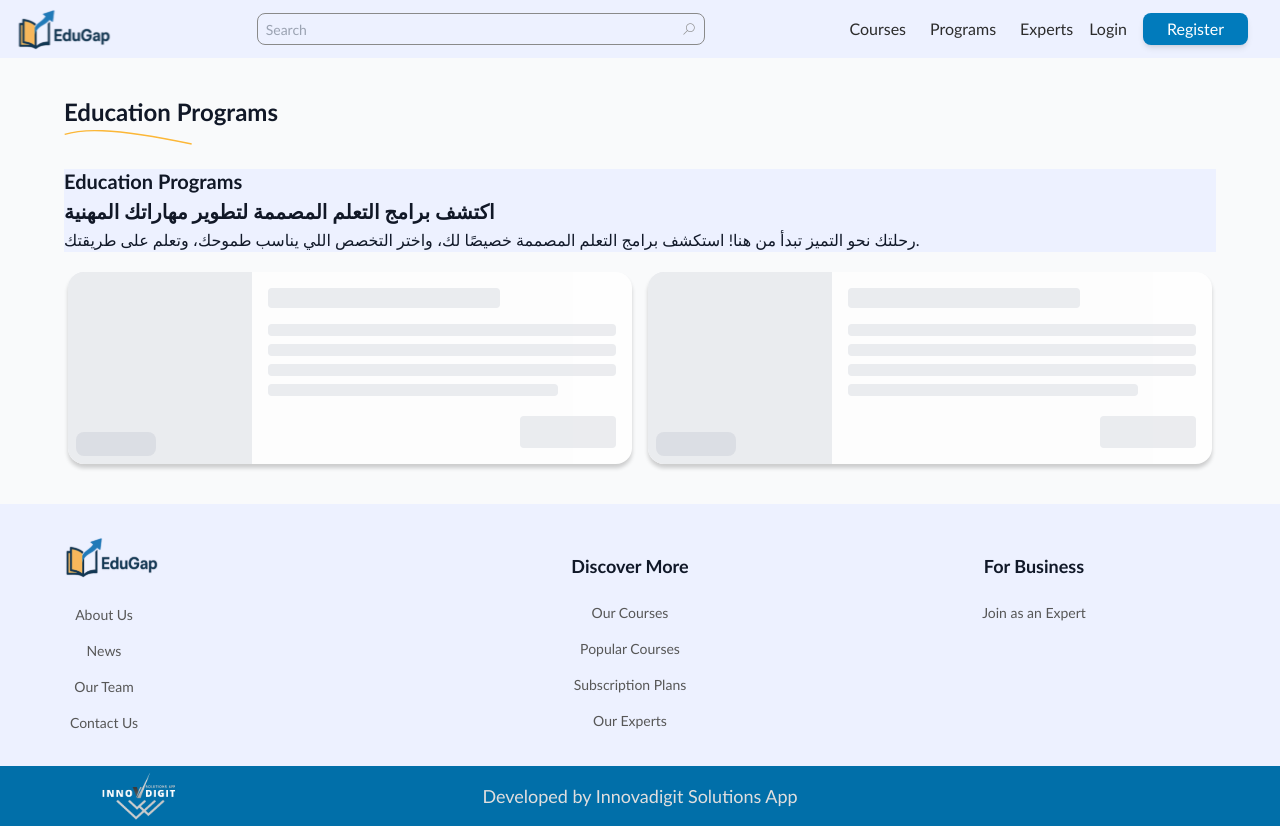
Repository: Yehyv/EduGap-Project
Page: /programs-list
The author's editor kept a copy of each file at every save. The page is drawn from the files as they stood at one save, then again after the next save.
The browser window is 1280 px wide. The pictures show the whole page.
The page's requests for data from a server got no answer. The project was rebuilt for these pictures with package versions that can differ from the ones it lists, and the page was loaded fresh each time. Some packages were replaced by stand-ins written for this rebuild. No one was signed in, and anything a server would have sent is missing. Also part of the build but not shown: vite.config.ts, src/features/auth/services/authApi.ts, src/shared/utils/AppSwal.tsx, src/shared/utils/ShowMessagesAlert.tsx, src/features/auth/hooks/useLogin.ts, src/features/auth/components/LoginForm.tsx, src/features/auth/index.ts, src/shared/hooks/useClickOutside.ts and 74 more.

Above is the page before, as saved 2025-09-30 14:58:57.

### index.html
<!doctype html>
<html lang="en">

<head>
  <meta charset="UTF-8" />
  <meta name="viewport" content="width=device-width, initial-scale=1.0" />
  <link rel="icon" type="image/svg+xml" href="/favicon.svg" />
  <link rel="icon" type="image/png" href="/favicon-96x96.png" sizes="96x96" />
  <link rel="icon" type="image/svg+xml" href="/favicon.svg" />
  <link rel="shortcut icon" href="/favicon.ico" />
  <link rel="apple-touch-icon" sizes="180x180" href="/apple-touch-icon.png" />
  <link rel="manifest" href="/site.webmanifest" />
  <title>EduGap</title>
</head>

<body>
  <div id="root"></div>
  <script type="module" src="/src/main.tsx"></script>
</body>

</html>

### src/main.tsx
import { createRoot } from "react-dom/client";
import { BrowserRouter } from "react-router-dom";
import "./index.css";
import AppRoutes from "./routes/AppRoutes.tsx";
import "slick-carousel/slick/slick.css";
import "slick-carousel/slick/slick-theme.css";
import { AuthProvider } from "./features/auth/context/AuthContext.tsx";
import { QueryClient, QueryClientProvider } from "@tanstack/react-query";
import { ReactQueryDevtools } from "@tanstack/react-query-devtools";
import { LanguageProvider } from "./shared/localization/LanguageProvider.tsx";
import HtmlDirection from "./shared/utils/HtmlDirections.tsx";

const queryClient = new QueryClient();

createRoot(document.getElementById("root")!).render(
  <QueryClientProvider client={queryClient}>
    <BrowserRouter>
      <LanguageProvider>
        <HtmlDirection>
          <AuthProvider>
            <AppRoutes />
            {import.meta.env.DEV && (
              <ReactQueryDevtools initialIsOpen={false} />
            )}
          </AuthProvider>
        </HtmlDirection>
      </LanguageProvider>
    </BrowserRouter>
  </QueryClientProvider>
);

### src/features/auth/context/AuthContext.tsx
import { createContext, useContext, useState } from "react";
import type { AuthContextType } from "../auth.types";

const AuthContext = createContext<AuthContextType | undefined>(undefined);

export const AuthProvider = ({ children }: { children: React.ReactNode }) => {
  const [token, setToken] = useState<string | null>(
    localStorage.getItem("token")
  );

  const login = (newToken: string) => {
    localStorage.setItem("token", newToken);
    setToken(newToken);
  };
  const saveRefreshToken = (refreshToken: string) => {
    localStorage.setItem("refresh-token", refreshToken);
  };

  const logout = () => {
    localStorage.removeItem("token");
    setToken(null);
  };

  return (
    <AuthContext.Provider value={{ token, login, logout, saveRefreshToken }}>
      {children}
    </AuthContext.Provider>
  );
};

export const useAuth = () => {
  const ctx = useContext(AuthContext);
  if (!ctx) {
    throw new Error("useAuth must be used inside AuthProvider");
  }
  return ctx;
};

### src/shared/localization/LanguageProvider.tsx
import { useState, useEffect } from "react";
import translations from "./translations";
import { LanguageContext } from "./LanguageContext";
import type { Language, TranslationKeys } from "./LanguageContext";

export const LanguageProvider = ({
  children,
}: {
  children: React.ReactNode;
}) => {
  const [lang, setLangState] = useState<Language>(() => {
    const saved = localStorage.getItem("lang") as Language | null;
    if (saved) return saved;
    if (navigator.language.startsWith("ar")) return "ar";
    return "en";
  });

  useEffect(() => {
    localStorage.setItem("lang", lang);
    document.body.dir = lang === "ar" ? "rtl" : "ltr";
    document.body.lang = lang;
  }, [lang]);

  const t = (key: TranslationKeys) => translations[lang][key];

  const setLang = (newLang: Language) => {
    setLangState(newLang);
  };

  return (
    <LanguageContext.Provider value={{ lang, setLang, t }}>
      {children}
    </LanguageContext.Provider>
  );
};

### src/shared/utils/HtmlDirections.tsx
import { useEffect } from "react";
import { useLanguage } from "../localization/useLanguage";

const HtmlDirection = ({ children }: { children: React.ReactNode }) => {
  const { lang } = useLanguage();

  useEffect(() => {
    document.body.dir = lang === "ar" ? "rtl" : "ltr";
    document.body.lang = lang;
  }, [lang]);

  return <>{children}</>;
};

export default HtmlDirection;

### src/assets/fonts/fonts.css
@font-face {
  font-family: "Rubik";
  src: url("./Rubik-Regular.woff2") format("woff2");
  font-weight: 400;
  font-style: normal;
}

@font-face {
  font-family: "Rubik";
  src: url("./Rubik-Medium.woff2") format("woff2");
  font-weight: 500;
  font-style: normal;
}

@font-face {
  font-family: "Rubik";
  src: url("./Rubik-Bold.woff2") format("woff2");
  font-weight: 700;
  font-style: normal;
}

### src/layouts/MainLayout/MainLayouts.tsx
import { Outlet } from "react-router-dom";
import { Header, InnovaFooter, Footer } from "@/shared/components";

const MainLayout = () => {
  return (
    <div className="min-h-screen flex flex-col bg-gray-50">
      <Header />
      {/* Main Content */}
      <main className="flex-1 grid grid-cols-1 gap-10 ">{<Outlet />}</main>
      <div>
        <Footer />
        <InnovaFooter />
      </div>
    </div>
  );
};

export default MainLayout;

### src/pages/ProgramsList.tsx
import SectionTitle from "@/shared/components/SectionTitle";
import type { ProgramsResponse } from "@/shared/types/sharedTypes";
import { useQuery } from "@tanstack/react-query";
import ErrorMessage from "@/shared/components/ErrorMessage";
import ScrollToTop from "@/shared/utils/ScrollToTop";
import CustomPagination from "@/shared/utils/CustomPagination";
import { useLanguage } from "@/shared/localization/useLanguage";
import { useSearchParams } from "react-router-dom";
import ProgramsSectionCardSkeleton from "@/shared/components/ui/ProgramsSectionCardSkeleton";
import ProgramsSectionCard from "@/shared/components/EduGap/ProgramsSectionCard";
import { RESULTS_PER_PAGE } from "@/shared/utils/globals";
import { getAllEducationsList } from "@/features/GuestHome/services/GuestHomeApi";

const GuestPopularCoursesPage = () => {
  const { t } = useLanguage();
  const [searchParams, setSearchParams] = useSearchParams();
  const page = Number(searchParams.get("page")) || 1;

  const { data, isLoading, error } = useQuery<ProgramsResponse>({
    queryKey: ["getGuestProgramsList", page],
    queryFn: () => getAllEducationsList(page.toString(), RESULTS_PER_PAGE),
  });

  const handlePageChange = (newPage: number) => {
    setSearchParams({ page: newPage.toString() });
  };

  if (error) return <ErrorMessage message={error?.message} />;

  return (
    <div className="mb-5 mt-10 container">
      <ScrollToTop />
      <SectionTitle textTitle={t("programs_title")} />
      <div className="bg-primary">
        <h4>{t("programs_title")}</h4>
        <h4>اكتشف برامج التعلم المصممة لتطوير مهاراتك المهنية</h4>
        <p>
          رحلتك نحو التميز تبدأ من هنا! استكشف برامج التعلم المصممة خصيصًا لك،
          واختر التخصص اللي يناسب طموحك، وتعلم على طريقتك.
        </p>
      </div>
      {isLoading ? (
        <div className="grid grid-cols-1 sm:grid-cols-2 gap-2">
          {Array.from({ length: 2 }).map((_, idx) => (
            <ProgramsSectionCardSkeleton key={idx} />
          ))}
        </div>
      ) : data?.formattedPrograms?.length === 0 ? (
        <div className="flex justify-center items-center py-10">
          <p className="text-gray-500 text-lg font-medium">
            {t("no_data_available") ?? "لا يوجد بيانات متاحة"}
          </p>
        </div>
      ) : (
        <>
          <div className="grid grid-cols-1 sm:grid-cols-2 gap-4">
            {data?.formattedPrograms?.map((d, index) => (
              <ProgramsSectionCard key={index} data={d} />
            ))}
          </div>
          <CustomPagination
            currentPage={data?.pagination.page ?? 1}
            onPageChange={handlePageChange}
            totalPages={data?.pagination.totalPages ?? 1}
          />
        </>
      )}
    </div>
  );
};

export default GuestPopularCoursesPage;

### src/shared/localization/LanguageContext.tsx
import { createContext } from "react";
import translations from "./translations";

export type Language = keyof typeof translations;
export type TranslationKeys = keyof (typeof translations)["en"];

export type LanguageContextType = {
  lang: Language;
  setLang: (lang: Language) => void;
  t: (key: TranslationKeys) => string;
};

export const LanguageContext = createContext<LanguageContextType | undefined>(
  undefined
);

### src/shared/localization/useLanguage.ts
import { useContext } from "react";
import { LanguageContext } from "./LanguageContext";

export const useLanguage = () => {
  const context = useContext(LanguageContext);
  if (!context) {
    throw new Error("useLanguage must be used within LanguageProvider");
  }
  return context;
};

### src/shared/components/index.ts
export { default as Header } from "./Header";
export { default as InnovaFooter } from "./InnovaFooter";
export { default as Footer } from "./Footer";
export { default as Loader } from "./Loader";
export { default as GradientButton } from "./ui/GradientButton";
export { default as LightButton } from "./ui/LightButton";
export { default as TextField } from "./forms/TextField";
export { default as NotFoundLottie } from "./NotFoundLottie";

### src/shared/components/SectionTitle.tsx
import TitleLine from "@/assets/svgs/TitileLine.svg?react";
const SectionTitle = ({
  textTitle,
  lineWidth = "w-32",
}: {
  textTitle: string;
  lineWidth?: string;
}) => {
  return (
    <div className="mb-5">
      <h2 className="mb-0"> {textTitle}</h2>
      <TitleLine className={lineWidth} />
    </div>
  );
};

export default SectionTitle;

### src/features/GuestHome/services/GuestHomeApi.ts
import api from "@/shared/services/axios";
import type {
  ApiResponse,
  CoursesResponse,
  CourseType,
  ExpertsResponse,
  ProgramsResponse,
  ProgramsType,
} from "@/shared/types/sharedTypes";

export async function getPopularCoursesForSlider(): Promise<CourseType[]> {
  const res = await api.get<ApiResponse<CourseType[]>>("/contents/first-8");
  return res.data.data;
}
export async function getSavedCoursesForSlider(): Promise<CourseType[]> {
  const res = await api.get<ApiResponse<CourseType[]>>(
    "/saved-contents/user/first-8"
  );
  return res.data.data;
}
export async function getAllPopularCourses(
  page: string,
  limit: number
): Promise<CoursesResponse> {
  const res = await api.get<ApiResponse<CoursesResponse>>("/contents", {
    params: { page, limit },
  });
  return res.data.data;
}

export async function getAllSavedContents(
  page: string,
  limit: number
): Promise<CoursesResponse> {
  const res = await api.get<ApiResponse<CoursesResponse>>(
    "/saved-contents/user",
    {
      params: { page, limit },
    }
  );
  return res.data.data;
}

export async function getEducationProgramsForSlider(): Promise<ProgramsType[]> {
  const res = await api.get<ApiResponse<ProgramsType[]>>("/programs/first-8");
  return res.data.data;
}

export async function getAllEducationsList(
  page: string,
  limit: number
): Promise<ProgramsResponse> {
  const res = await api.get<ApiResponse<ProgramsResponse>>("/programs", {
    params: { page, limit },
  });
  return res.data.data;
}

export async function getAllExpertsList(
  page: string,
  limit: number
): Promise<ExpertsResponse> {
  const res = await api.get<ApiResponse<ExpertsResponse>>("/educators", {
    params: {
      page,
      limit,
    },
  });
  return res.data.data;
}

### src/shared/utils/globals.ts
export const RESULTS_PER_PAGE = 3;

### src/shared/components/ui/ProgramsSectionCardSkeleton.tsx
const ProgramsSectionCardSkeleton = () => {
  return (
    <div className="bg-white flex rounded-2xl shadow-custom overflow-hidden my-5 mx-1 animate-pulse">
      {/* Left image skeleton */}
      <div className="w-1/2 relative bg-gray-200">
        <div className="w-full h-40 bg-gray-200"></div>
        <div className="absolute start-2 bottom-2 bg-gray-300 rounded-lg px-3 py-1 text-sm w-20 h-6"></div>
      </div>

      {/* Right content skeleton */}
      <div className="w-full p-4 flex flex-col">
        {/* Title */}
        <div className="h-5 bg-gray-200 rounded w-2/3 mb-4"></div>
        {/* Description lines */}
        <div className="space-y-2 flex-1">
          <div className="h-3 bg-gray-200 rounded"></div>
          <div className="h-3 bg-gray-200 rounded"></div>
          <div className="h-3 bg-gray-200 rounded"></div>
          <div className="h-3 bg-gray-200 rounded w-5/6"></div>
        </div>
        {/* Button skeleton */}
        <div className="h-8 bg-gray-200 rounded w-24 self-end mt-5"></div>
      </div>
    </div>
  );
};

export default ProgramsSectionCardSkeleton;

### src/shared/components/Header.tsx
import LogoSm from "@/assets/svgs/LogoSm.svg?react";
import NavListIcon from "@/assets/svgs/NavListIcon.svg?react";
import { Link } from "react-router";
import DefaultButton from "./ui/DefaultButton";
import { useState } from "react";
import UserNav from "./UserNav";
import { useLanguage } from "../localization/useLanguage";
import SearchBar from "./ui/SearchBar";

const Header = ({ isLoggedIn = false }: { isLoggedIn?: boolean }) => {
  const { t, lang } = useLanguage();
  const [menuOpen, setMenuOpen] = useState(false);

  return (
    <header
      className={`${
        isLoggedIn ? "bg-white" : "bg-primary"
      } py-2 z-50 sticky start-0 end-0 top-0`}
    >
      <div className="container mx-auto flex items-center justify-between gap-4 px-4">
        {/* Logo */}
        <Link to={"/userHome"}>
          <LogoSm className="w-24 cursor-pointer" />
        </Link>

        {/* Desktop Search */}
        <SearchBar
          placeholder={t("search_placeholder")}
          lang={lang}
          className="sm:max-w-md mx-auto max-md:hidden"
        />

        {/* Desktop Nav */}
        <nav className="hidden md:flex gap-6">
          <Link to="/">{t("nav_courses")}</Link>
          <Link to="/">{t("nav_programs")}</Link>
          <Link to="/">{t("nav_experts")}</Link>
        </nav>

        {/* Not Auth */}
        {!isLoggedIn && (
          <div className="hidden md:flex gap-4 items-center">
            <Link to="/login">{t("auth_login")}</Link>
            <DefaultButton
              text={t("auth_register")}
              type="reset"
              moreStyle="px-6 !py-1"
              onClick={() => {}}
            />
          </div>
        )}

        {/* User & Mobile Menu */}
        <div className="flex gap-4">
          {isLoggedIn && <UserNav />}
          <button
            className="md:hidden flex items-center cursor-pointer p-1"
            onClick={() => setMenuOpen(!menuOpen)}
          >
            <NavListIcon className="h-5 w-5" />
          </button>
        </div>
      </div>

      {/* Mobile Menu */}
      {menuOpen && (
        <div
          className="md:hidden bg-white shadow-md px-4 mt-2 pt-4 pb-6 space-y-4"
          dir={lang === "ar" ? "rtl" : "ltr"}
        >
          <nav className="flex flex-col gap-3">
            <Link to="/">{t("nav_courses")}</Link>
            <Link to="/">{t("nav_programs")}</Link>
            <Link to="/">{t("nav_experts")}</Link>
          </nav>
          {!isLoggedIn && <Link to="/login">{t("auth_login")}</Link>}
          <div className="flex justify-between mt-4 gap-2">
            {!isLoggedIn && (
              <DefaultButton
                text={t("auth_register")}
                type="reset"
                moreStyle="w-[150px] !py-1"
                onClick={() => {}}
              />
            )}
          </div>
        </div>
      )}

      {/* Mobile Search */}
      <div className="mx-4 md:hidden mt-3">
        <SearchBar
          placeholder={t("search_placeholder")}
          lang={lang}
          className="max-w-md mx-auto"
        />
      </div>
    </header>
  );
};

export default Header;

### src/shared/components/InnovaFooter.tsx
import InnovaLogo from "@/assets/svgs/InnovaLogo.svg?react";
import { useLanguage } from "../localization/useLanguage";
const InnovaFooter = () => {
  const { t } = useLanguage();
  return (
    <footer className="text-[#E0DEDE] text-lg bg-[#016FA9] max-md:text-sm  text-center center items-center relative min-h-[60px]">
      <InnovaLogo className="h-[50px] max-sm:h-[35px] absolute max-sm:static left-20 max-md:left-0" />
      <div className="max-sm:mx-2">
        {" "}
        {t("footer_by_company")} Innovadigit Solutions App{" "}
      </div>
    </footer>
  );
};

export default InnovaFooter;

### src/shared/components/ui/DefaultButton.tsx
type defaultButtonPropsTypes = {
  text: string | React.ReactNode;
  type: "submit" | "reset" | "button" | undefined;
  moreStyle?: string;
  onClick: () => void;
  disabled?: boolean;
};
const DefaultButton = ({
  text,
  type,
  moreStyle,
  onClick,
  disabled,
}: defaultButtonPropsTypes) => {
  return (
    <button
      disabled={disabled}
      onClick={onClick}
      type={type}
      className={`${moreStyle} bg-gradient-to-r cursor-pointer bg-secondary text-white  px-4 py-2 rounded-lg shadow-md hover:to-secondary-dark transition`}
    >
      {text}
    </button>
  );
};

export default DefaultButton;

### src/shared/services/axios.ts
import axios from "axios";

const api = axios.create({
  baseURL: import.meta.env.VITE_BASE_URL,
  headers: {
    "Content-Type": "application/json",
  },
});

// 🔹 Refresh token API call
const refreshAccessToken = async () => {
  try {
    const refreshToken = localStorage.getItem("refresh-token");
    if (!refreshToken) throw new Error("No refresh token found");

    const response = await axios.post(
      `${import.meta.env.VITE_BASE_URL}/auth/refresh`,
      {},
      {
        headers: {
          Authorization: `Bearer ${refreshToken}`,
        },
      }
    );

    const newAccessToken = response.data?.data?.accessToken;
    const newRefreshToken = response.data?.data?.refreshToken;

    if (newAccessToken) {
      localStorage.setItem("token", newAccessToken);
    }
    if (newRefreshToken) {
      localStorage.setItem("refresh-token", newRefreshToken);
    }

    return newAccessToken;
  } catch (err) {
    localStorage.removeItem("token");
    localStorage.removeItem("refresh-token");
    localStorage.removeItem("user");
    processQueue(err, null);
    window.location.href = "/login";
    throw err;
  }
};

// 🔹 Request interceptor
api.interceptors.request.use(
  (config) => {
    const token = localStorage.getItem("token");
    const lang = localStorage.getItem("lang");

    if (token) {
      config.headers.Authorization = `Bearer ${token}`;
    }
    if (lang) {
      config.headers["languageId"] = lang === "en" ? "1" : "2";
    }
    return config;
  },
  (error) => Promise.reject(error)
);

// 🔹 Response interceptor with refresh flow
let isRefreshing = false;
let failedQueue: any[] = [];

const processQueue = (error: any, token: string | null = null) => {
  failedQueue.forEach((prom) => {
    if (error) {
      prom.reject(error);
    } else {
      prom.resolve(token);
    }
  });
  failedQueue = [];
};

api.interceptors.response.use(
  (response) => response,
  async (error) => {
    const originalRequest = error.config;

    // if unauthorized
    if (error.response?.status === 401 && !originalRequest._retry) {
      if (isRefreshing) {
        // wait until refreshing is done
        return new Promise((resolve, reject) => {
          failedQueue.push({ resolve, reject });
        })
          .then((token) => {
            originalRequest.headers.Authorization = `Bearer ${token}`;
            return api(originalRequest);
          })
          .catch((err) => Promise.reject(err));
      }

      originalRequest._retry = true;
      isRefreshing = true;

      try {
        const newToken = await refreshAccessToken();
        processQueue(null, newToken);

        originalRequest.headers.Authorization = `Bearer ${newToken}`;
        return api(originalRequest);
      } catch (err) {
        processQueue(err, null);
        throw err;
      } finally {
        isRefreshing = false;
      }
    }

    return Promise.reject(error);
  }
);

export default api;

### src/shared/components/ui/SearchBar.tsx
import SearchIcon from "@/assets/svgs/SearchIcon.svg?react";

const SearchBar = ({
  placeholder,
  lang,
  className = "",
}: {
  placeholder: string;
  lang: string;
  className?: string;
}) => (
  <div className={`relative text-gray-600 flex-1 ${className}`}>
    <input
      className="border border-[#8A8A8A] w-full h-8 px-2 pr-10 rounded-lg text-sm focus:outline-none"
      type="search"
      name="search"
      placeholder={placeholder}
      dir={lang === "ar" ? "rtl" : "ltr"}
    />
    <button type="submit" className="absolute right-2 top-1/2 -translate-y-1/2">
      <SearchIcon className="w-4 h-4" />
    </button>
  </div>
);

export default SearchBar;

Loaded but not shown: src/shared/utils/ScrollToTop.tsx (common file); src/shared/localization/translations.ts (146 lines, source omitted); src/index.css (201 lines, source omitted); src/shared/components/Footer.tsx (97 lines, source omitted); src/routes/AppRoutes.tsx (89 lines, source omitted)

After the next save:
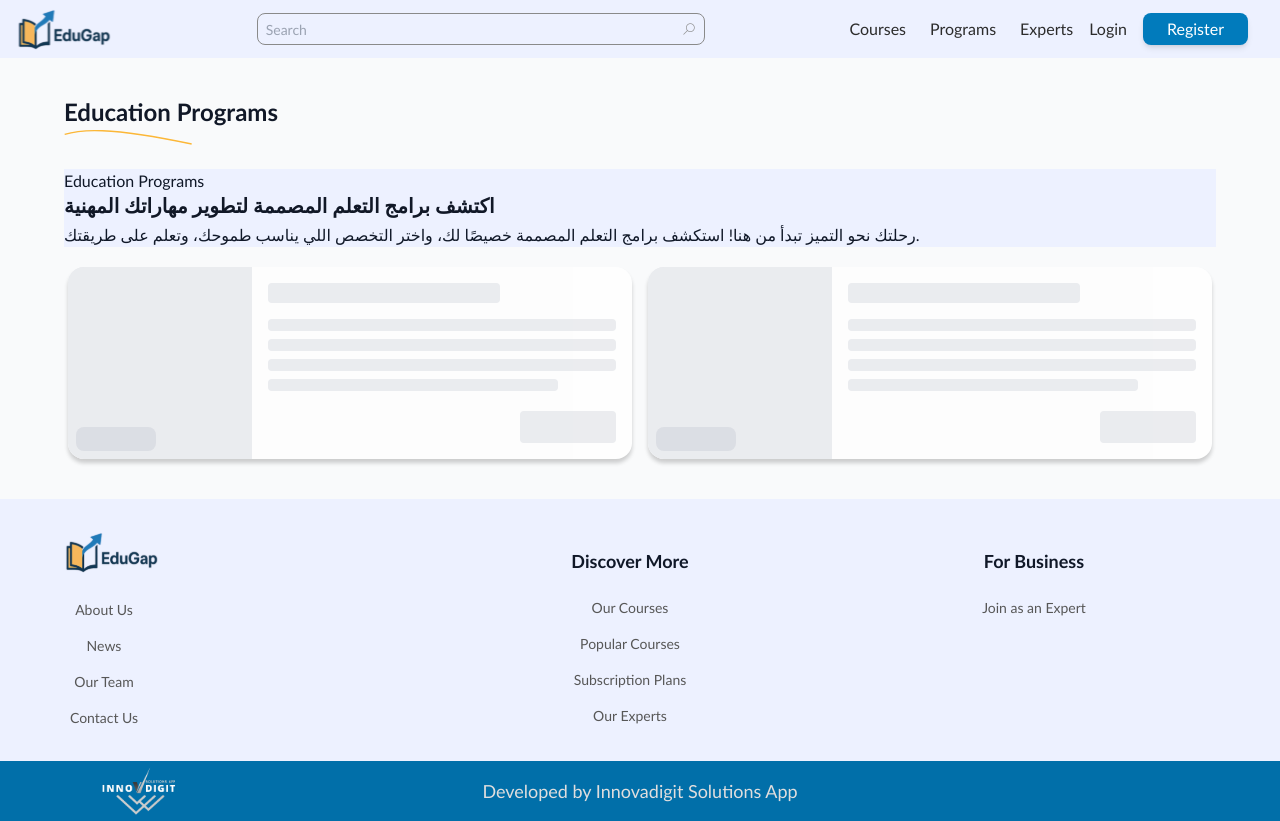
Saved 14 s later.
--- a/src/pages/ProgramsList.tsx
+++ b/src/pages/ProgramsList.tsx
@@ -32,7 +32,7 @@ const GuestPopularCoursesPage = () => {
       <ScrollToTop />
       <SectionTitle textTitle={t("programs_title")} />
       <div className="bg-primary">
-        <h4>{t("programs_title")}</h4>
+        <h5>{t("programs_title")}</h5>
         <h4>اكتشف برامج التعلم المصممة لتطوير مهاراتك المهنية</h4>
         <p>
           رحلتك نحو التميز تبدأ من هنا! استكشف برامج التعلم المصممة خصيصًا لك،
